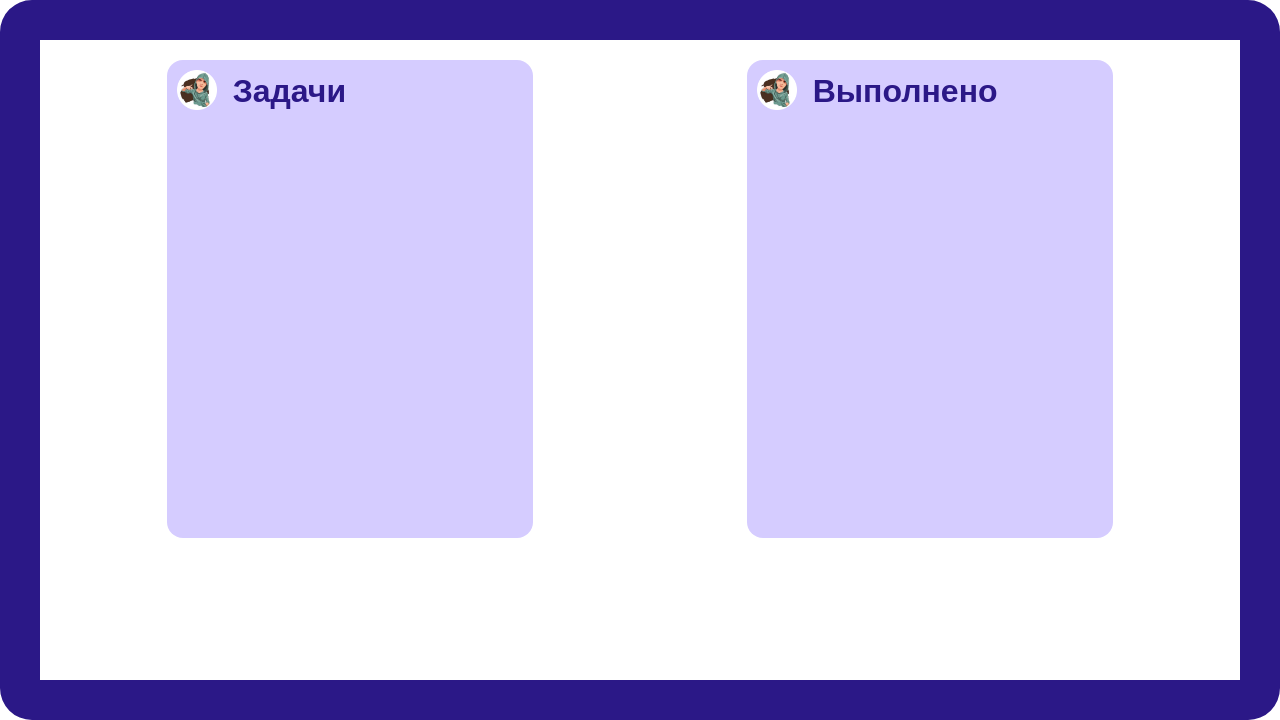
Repository: VitasYo/Kanban
Page: index.html
The author's editor kept a copy of each file at every save. The page is drawn from the files as they stood at one save, then again after a run of saves.
The browser window is 1280 px wide. The pictures show the whole page.

Above is the page before, as saved 2024-04-14 22:11:31.

After the next 3 saves:
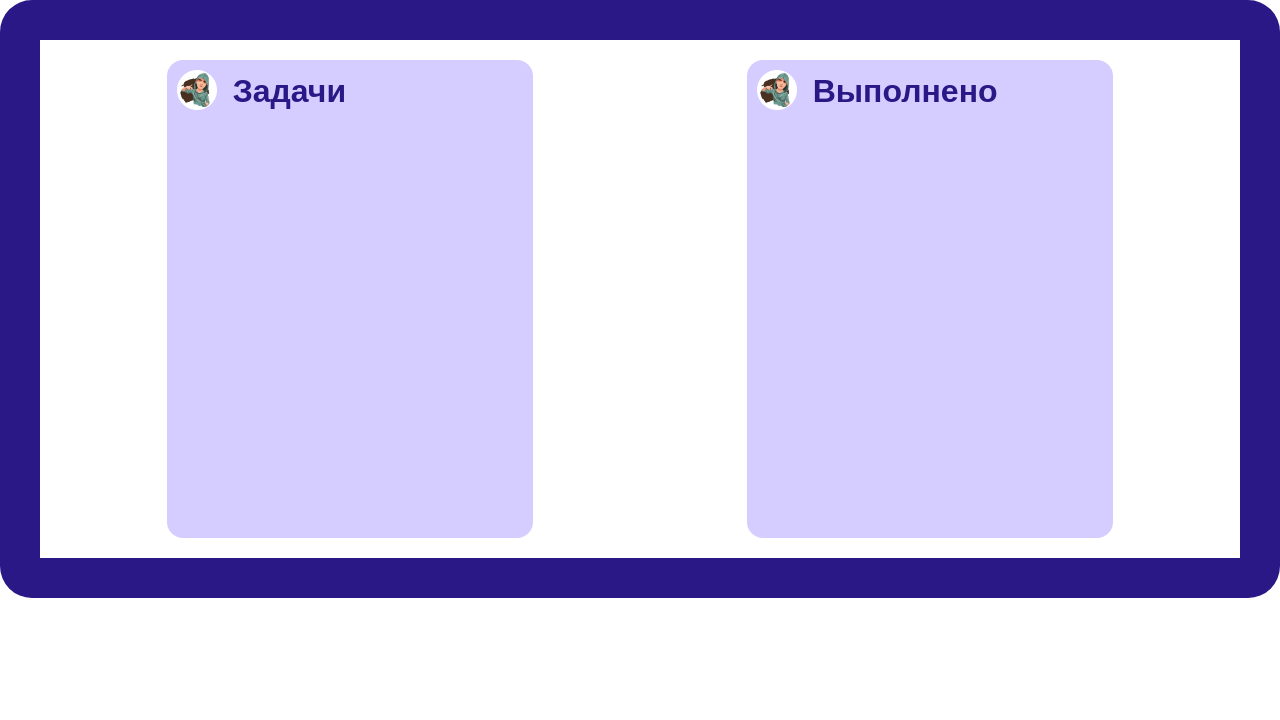
The 3 saves are shown as one change because they came seconds apart.
The last was saved 12 s later.
--- a/src/assets/css/component/_kanban.css
+++ b/src/assets/css/component/_kanban.css
@@ -4,6 +4,7 @@
     padding: 20px;
     justify-content: space-around;
     flex-grow: 1;
+    flex: 0 0 100%;
     border-radius: 32px;
     border: 40px solid #2B1887;
 }
